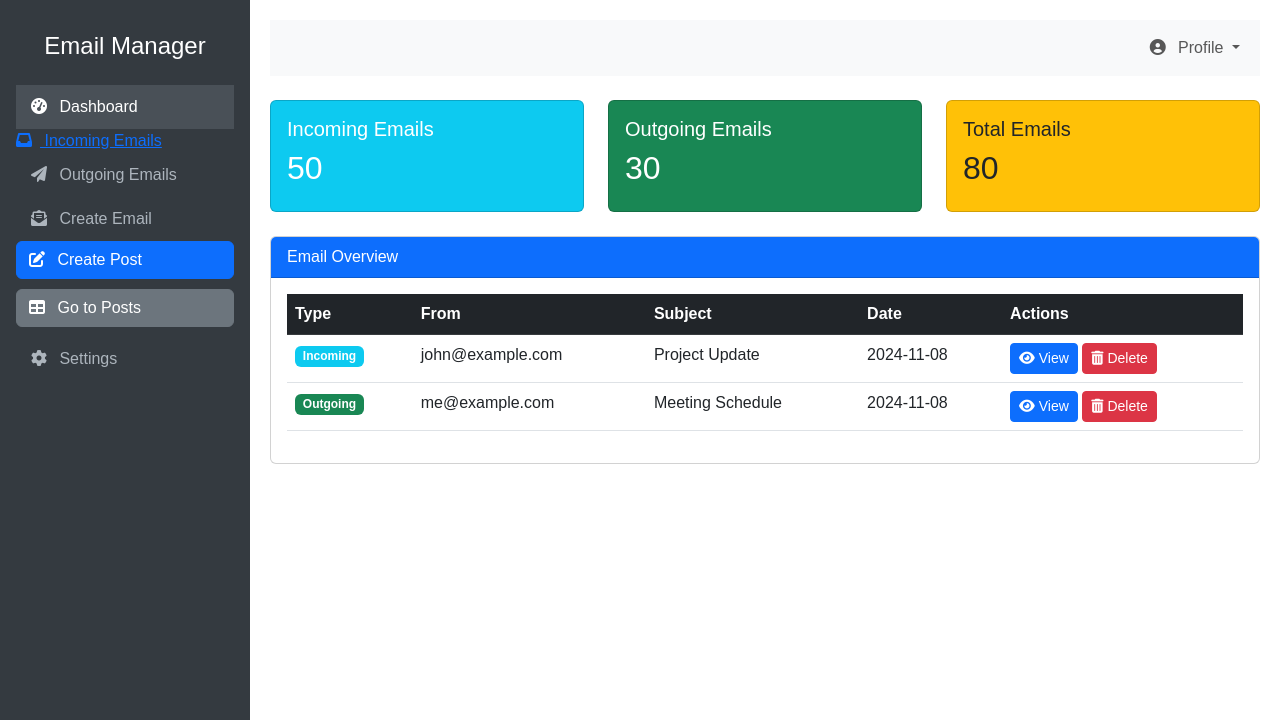
Repository: Abdulahi338/Authentication-using-laravel-11
Page: http://localhost/dashboard
An editor plug-in stored every save of this project. The page is shown before and after the next save, followed by the edit.
The browser window is 1280 px wide. The pictures show the whole page.
The page is served by the project's Laravel application, run on PHP 8.4 with Laravel 12. A made-up administrator, Test User (test@example.com), is signed in.

Above is the page before, as saved 2024-11-09 11:23:13.

After the next save:
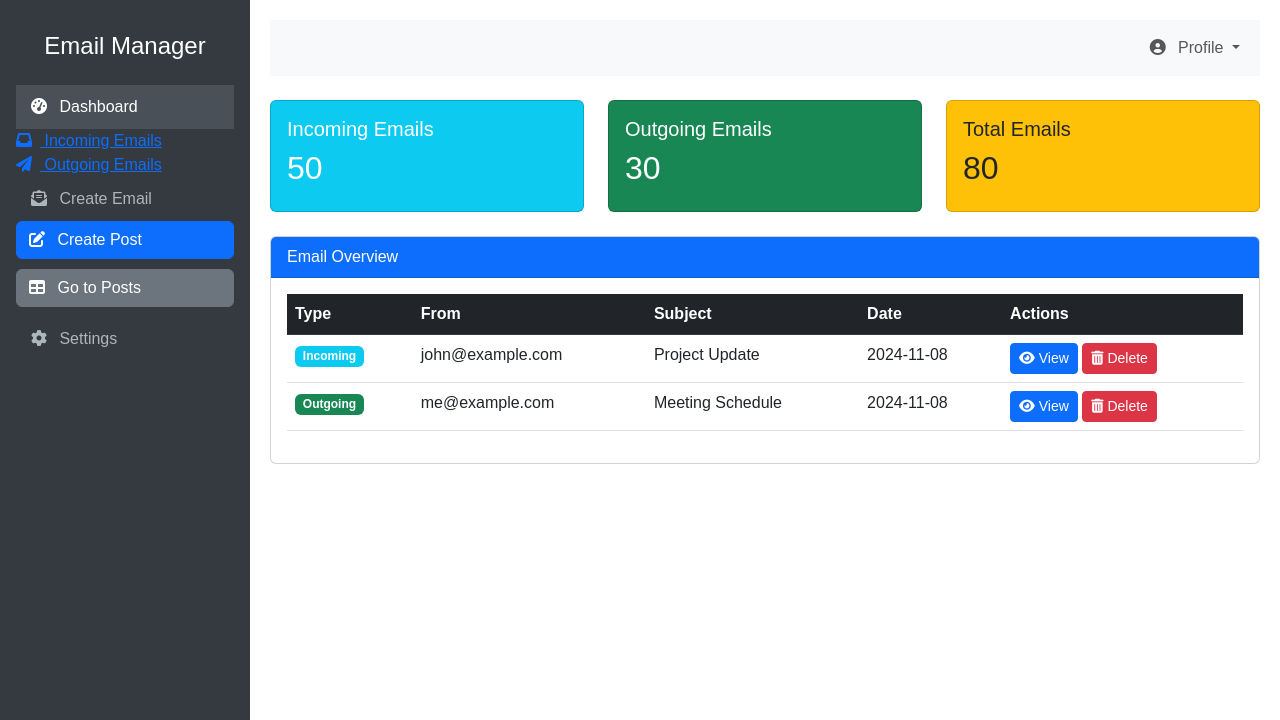
Saved 51 s later.
--- a/resources/views/dashboard.blade.php
+++ b/resources/views/dashboard.blade.php
@@ -50,7 +50,7 @@
                 <a href="#" class="{ url('/emails/incoming') }}"><i class="fas fa-inbox me-2"></i> Incoming Emails</a>
             </li>
             <li class="nav-item">
-                <a href="#" class="nav-link"><i class="fas fa-paper-plane me-2"></i> Outgoing Emails</a>
+                <a href="#" class="{{ url('/emails/outgoing') }}"><i class="fas fa-paper-plane me-2"></i> Outgoing Emails</a>
             </li>
             <li class="nav-item">
                 <a href="{{ url('/emails/create') }}"  class="nav-link"><i class="fas fa-envelope-open-text me-2"></i> Create Email</a>

After the 3 saves that followed:
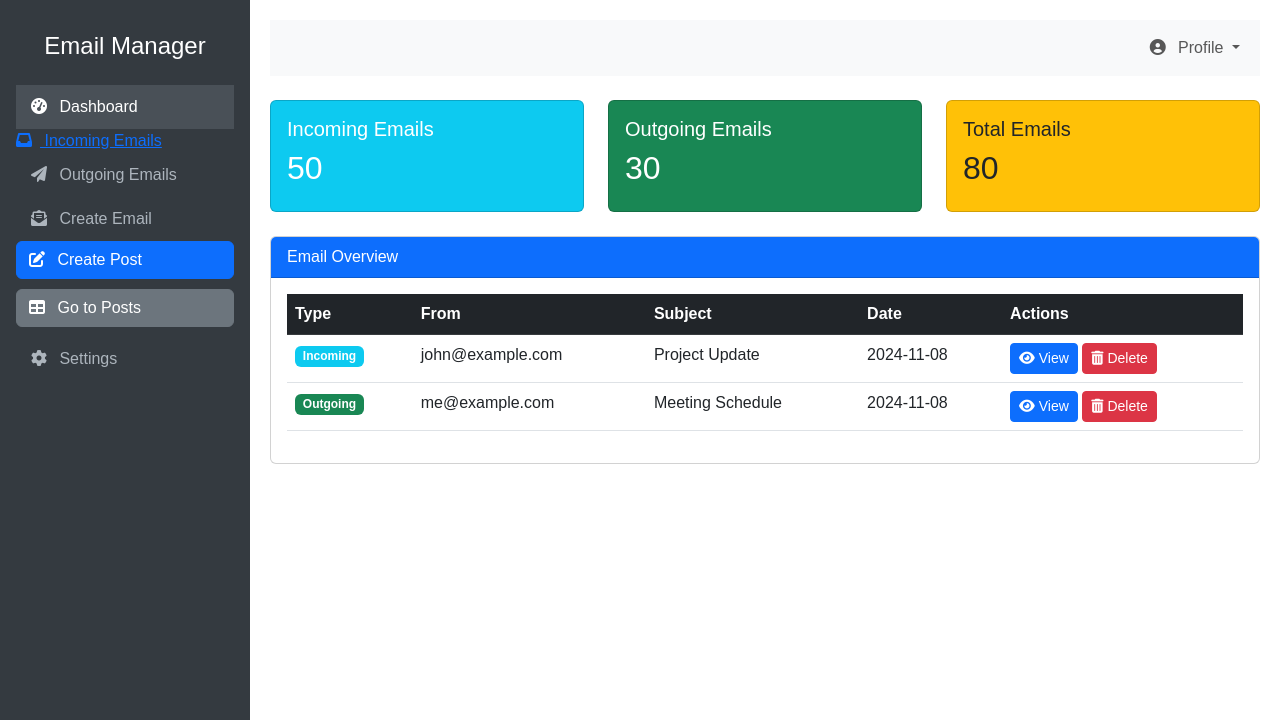
The 3 saves are shown as one change because they came seconds apart.
The last was saved 20 s later.
--- a/resources/views/dashboard.blade.php
+++ b/resources/views/dashboard.blade.php
@@ -47,10 +47,10 @@
                 <a href="#" class="nav-link active"><i class="fas fa-tachometer-alt me-2"></i> Dashboard</a>
             </li>
             <li class="nav-item">
-                <a href="#" class="{ url('/emails/incoming') }}"><i class="fas fa-inbox me-2"></i> Incoming Emails</a>
+                <a href="" class=""><i class="fas fa-inbox me-2"></i> Incoming Emails</a>
             </li>
             <li class="nav-item">
-                <a href="#" class="{{ url('/emails/outgoing') }}"><i class="fas fa-paper-plane me-2"></i> Outgoing Emails</a>
+                <a href="#" class="nav-link"><i class="fas fa-paper-plane me-2"></i> Outgoing Emails</a>
             </li>
             <li class="nav-item">
                 <a href="{{ url('/emails/create') }}"  class="nav-link"><i class="fas fa-envelope-open-text me-2"></i> Create Email</a>
